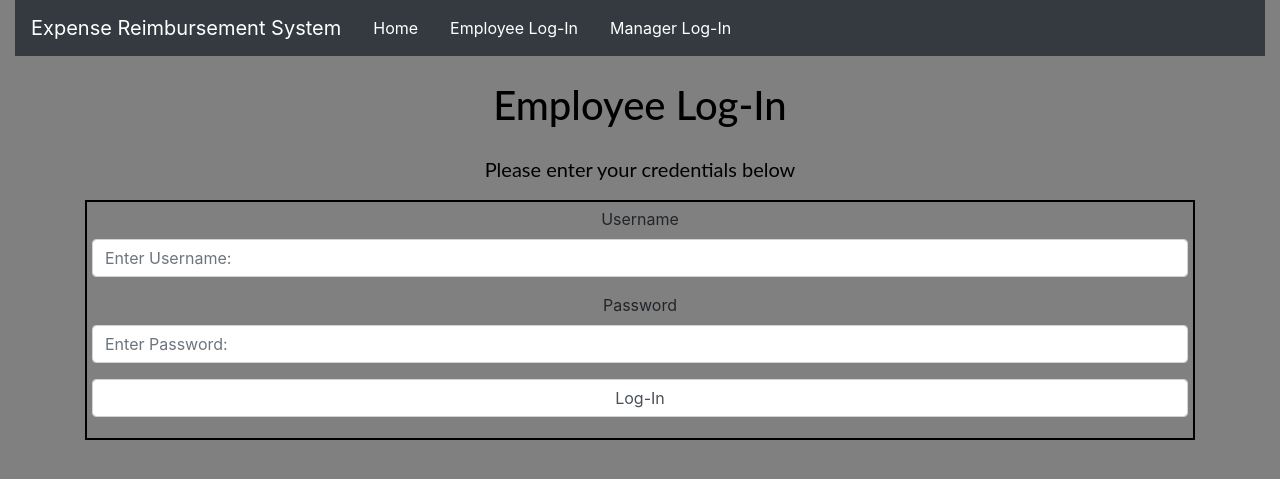
Repository: Trevormulrenin/ers-app
Page: ers-app/src/main/webapp/html/employee_login.html
An editor plug-in stored every save of this project. The page is shown before and after the next save, followed by the edit.
The browser window is 1280 px wide. The pictures show the whole page.

Above is the page before, as saved 2021-04-01 17:18:29.

### ers-app/src/main/webapp/html/employee_login.html
<!DOCTYPE html>
<html>
<head>
	<meta charset="UTF-8">
	<meta name="viewport" content="width=device-width, initial-scale=1.0">

    <link rel="stylesheet" href="https://stackpath.bootstrapcdn.com/bootstrap/4.5.0/css/bootstrap.min.css" integrity="sha384-9aIt2nRpC12Uk9gS9baDl411NQApFmC26EwAOH8WgZl5MYYxFfc+NcPb1dKGj7Sk" crossorigin="anonymous">
	<link rel="stylesheet" type="text/css" href="../css/style.css">
<title>Expense Reimbursement System</title>
</head>

<style>
	#log-in-btn {
		text-align:center;
	}

	.login {
	border: 2px solid black;
	content: 5px;
    width: auto;
    text-align: center;
    padding: 5px;
    margin: auto;
    box-shadow: white;
	}

	.nav-item, .nav-item-active {
 		text-decoration: none;
		color: white;
		border: 1px;
		border-color:white;
	}
</style>

<body>


	<div class="container-fluid">
		<nav class="navbar navbar-expand-lg navbar-dark bg-dark">
			<a class="navbar-brand" href="../index.html">Expense Reimbursement System</a>
					<a class="nav-item nav-link" href="../index.html">Home</a>
					<a class="nav-item nav-link active" id="nav-item-right" href="employee_login.html">Employee Log-In</a>
					<a class="nav-item nav-link" id="nav-item-right" href="manager_login.html">Manager Log-In</a>

		</nav>
	</div>


	<div class="container" id="log-in-div">
		<h2>Employee Log-In</h2>
		<p id="enter-credentials">Please enter your credentials below</p>

		<div class="login">
			<form method="post" action="http://localhost:8080/ers-app/EmployeeLogInServlet">
				<div class="form-group">
					<label for="employeeUsername">Username</label>
					<input type="text" class="form-control" name="employeeUsername" id="employeeUsername" placeholder="Enter Username:" required>
				</div>
				<div class="form-group">
					<label for="employeePassword">Password</label>
					<input type="password" class="form-control" name="employeePassword" id="employeePassword" placeholder="Enter Password:" required>
				</div>
				<div class="form-group">
					<button type="submit" class="form-control" id="log-in-btn">Log-In</button>
				</div>
			</form>
		</div>
	</div>

	<script type="text/javascript" src="../js/employee_fetch.js"></script>
</body>
</html>

### ers-app/src/main/webapp/css/style.css
@charset "UTF-8";

body {
	background-color:gray;
}
#navbar-menu-right{
	text-decoration: none;
	color: black;
}

#fill-out {
	color: solid black;
	text-align:center;
}

.nav-item, .nav-item-active, .nav-list-right {
		color: white;
		border: 1px;
		border-color:white;
	}

h1 {
	text-align: center;
    font-family: Lato;
    color: Black;
    font-size: 40px;
    margin: 50px;
}

p {
	text-align: center;
    font-family: Lato;
	color: Black;
	font-size: 15px;
}

h2 {
	text-align: center;
    font-family: Lato;
    color: Black;
    font-size: 40px;
    margin: 25px;
}

#enter-credentials {
	text-align: center;
    font-family: Lato;
	color: Black;
	font-size: 20px;
}


#pending-reimbursement, #resolved-reimbursement {
	border: 2px solid black;
	color: black;
	text-align:center;
	height: 300px;
	width: 400px;
    top:30%;
    left:10%;
/*     display: flex; */
/* 	justify-content: space-evenly; */
}

#pending-reimbursement {
	float: left;
}

#resolved-reimbursement:hover {
	background-color: gray;
	color:white;
}

#pending-reimbursement:hover {
	background-color: gray;
	color:white;
}

#pending-table, #resolved-table {
	padding: 10px;
	margin-left: auto;
	margin-right: auto;
	margin-top:20%;
	border: 2px solid black;
	border-collapse: collapse;
	border-left: 2px solid black;
	border-bottom: 2px solid black;
	border-spacing: 10px;
}

.nav-item, .nav-item-active, .nav-list-right {
/* 		text-decoration: none; */
		color: white;
		border: 1px;
		border-color:white;
	}

th, tr {
	border: 2px;
}

#log-in-button {
	text-align: center;
}

.login {
	border: 2px solid black;
	content: 5px;
	width: auto;
	text-align: center;
	padding: 5px;
	margin: auto;
	box-shadow: white;
}

#update-table {
	width: "100%";
	padding: 2px;
	margin-top: 5px;
	margin-bottom: 0px;
	margin-left: auto;
	margin-right: auto;
	border: 1px solid black;
	border-collapse: separate;
	border-spacing: 2px;
}

#view-employees {
	width: "100%";
	padding: 2px;
	margin-top: 5px;
	margin-bottom: 0px;
	margin-left: auto;
	margin-right: auto;
	border: 1px solid black;
	border-collapse: separate;
	border-spacing: 2px;
}

#reimbursement-table {
	width: "100%";
	padding: 2px;
	margin-top: 5px;
	margin-bottom: 0px;
	margin-left: auto;
	margin-right: auto;
	border: 1px solid black;
	border-collapse: separate;
	border-spacing: 2px;
}

.log-in-button {
	text-align: center;
	margin-top: 10px;
}

### ers-app/src/main/webapp/js/employee_fetch.js

function login() {
	console.log('asdflja');
	fetch('http://localhost:9731/ers-app/EmployeeLogInServlet', {
		method: 'POST',
		headers: {
			'Content-Type': 'application/json'
		},
		body: JSON.stringify({
			username: document.getElementById("employeeUsername").value,
			password: document.getElementById("employeePassword").value
			})
		})
		.then(response => {console.log(response.text())})
		.catch(err => console.log(err))
	}

After the next save:
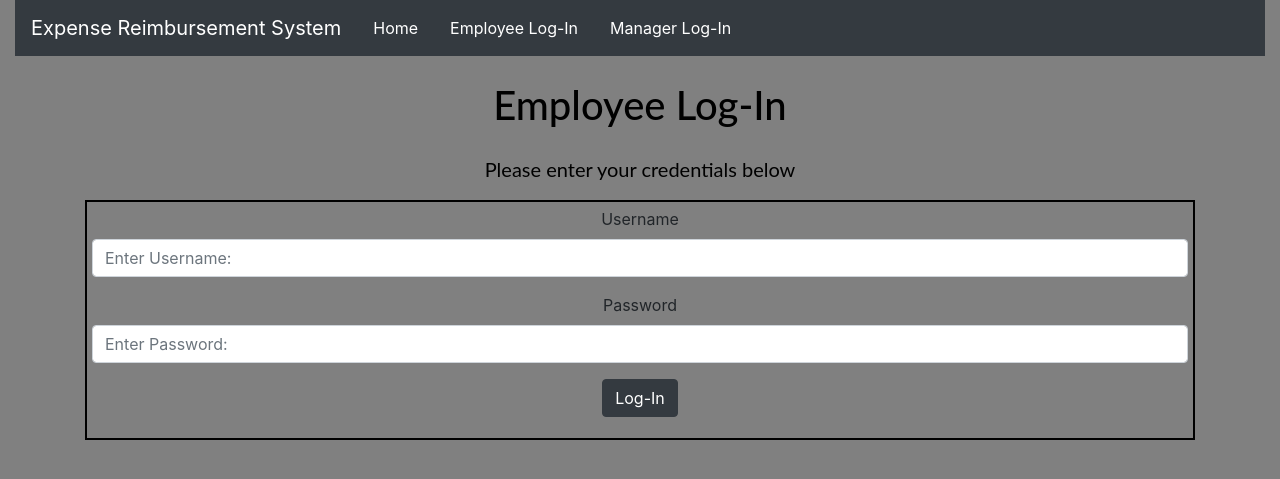
Saved 2 min 38 s later.
--- a/ers-app/src/main/webapp/html/employee_login.html
+++ b/ers-app/src/main/webapp/html/employee_login.html
@@ -61,7 +61,7 @@
 					<input type="password" class="form-control" name="employeePassword" id="employeePassword" placeholder="Enter Password:" required>
 				</div>
 				<div class="form-group">
-					<button type="submit" class="form-control" id="log-in-btn">Log-In</button>
+					<button type="submit" class="btn btn-dark" id="log-in-btn">Log-In</button>
 				</div>
 			</form>
 		</div>
